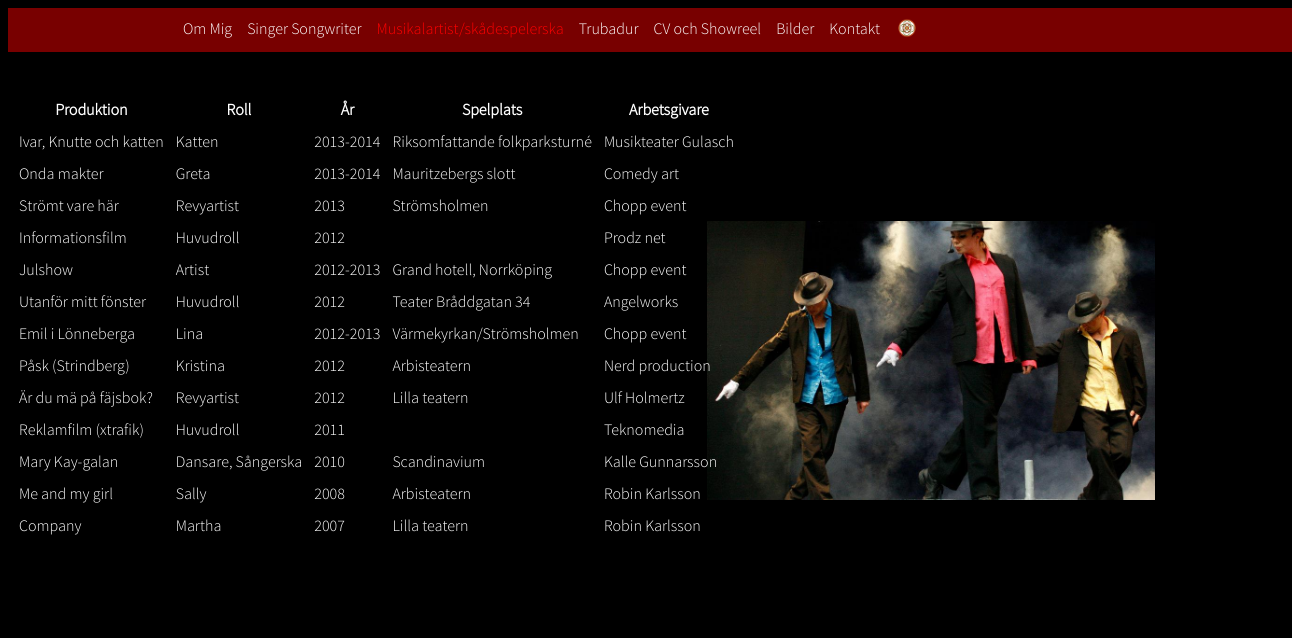
Repository: MarkusGirdland/LouiceOttosson
Page: pages/musikalartist.html
The author's editor kept a record of every edit. The page is drawn from the files as they stood at one moment, then again after the next edit.
The browser window is 1280 px wide. The page is 1292 px wide, so the pictures cover 1292 px, including what lies to the right of the window. The pictures show the whole page.

Above is the page before.

After the next edit:
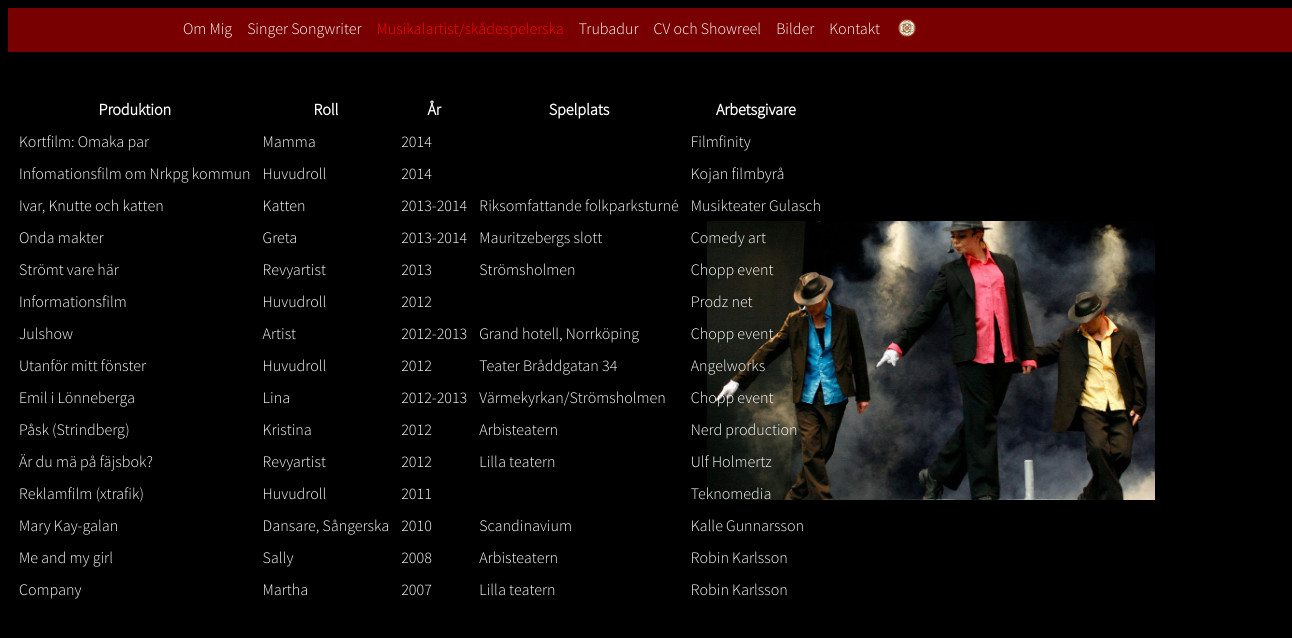
The edit:
--- a/pages/musikalartist.html
+++ b/pages/musikalartist.html
@@ -58,6 +58,20 @@
                     </thead>
 
                     <tbody>
+                                            <tr>
+                            <td class="cell">Kortfilm: Omaka par</td>
+                            <td class="cell">Mamma</td>
+                            <td class="cell">2014</td>
+                            <td  class="cell"> </td>
+                            <td class="cell">Filmfinity</td>
+                        </tr>
+                        <tr>
+                            <td class="cell">Infomationsfilm om Nrkpg kommun</td>
+                            <td class="cell">Huvudroll</td>
+                            <td class="cell">2014</td>
+                            <td  class="cell"> </td>
+                            <td class="cell">Kojan filmbyrå</td>
+                        </tr>
                         <tr>
                             <td class="cellLeft">Ivar, Knutte och katten</td>
                             <td class="cell">Katten</td>
